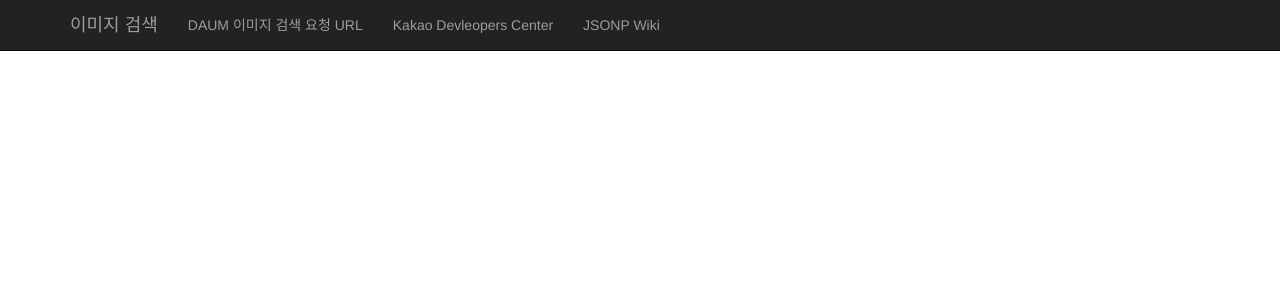
Repository: adminhelper/Ajax
Page: KaKaoOpenAPI08/WebContent/_41_KakaoImageSearchViewer.html
These files come from the project's save history. The page is drawn as it stood at one moment and after the next save; the edit follows.
The browser window is 1280 px wide. The pictures show the whole page.

Above is the page before, as saved 2020-05-21 02:15:04.

After the next save:
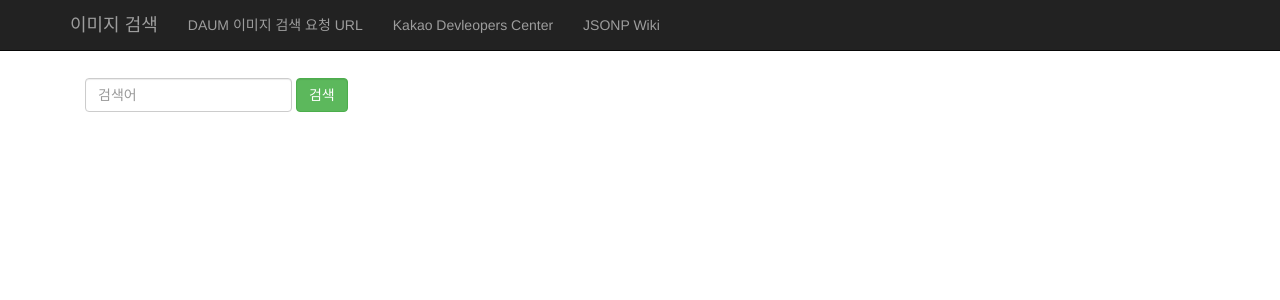
Saved 95 s later.
--- a/KaKaoOpenAPI08/WebContent/_41_KakaoImageSearchViewer.html
+++ b/KaKaoOpenAPI08/WebContent/_41_KakaoImageSearchViewer.html
@@ -98,6 +98,17 @@
 	<!-- Page Contents 영역 -->
 	<div class="container">
 		<div class="row">
+			<div id="navbar"
+				 class="navbar-collapse navbar-form navbar-left">
+				<div class="form-group col-lg-12">
+					<input id="keyword" type="text"
+						   placeholder="검색어" class="form-control">
+					<button id="inquery"
+							class="btn btn-success form-control">
+						검색
+					</button>
+				</div>
+			</div>
 		</div>
 		<div id="imagelist" class="row">
 		</div>
